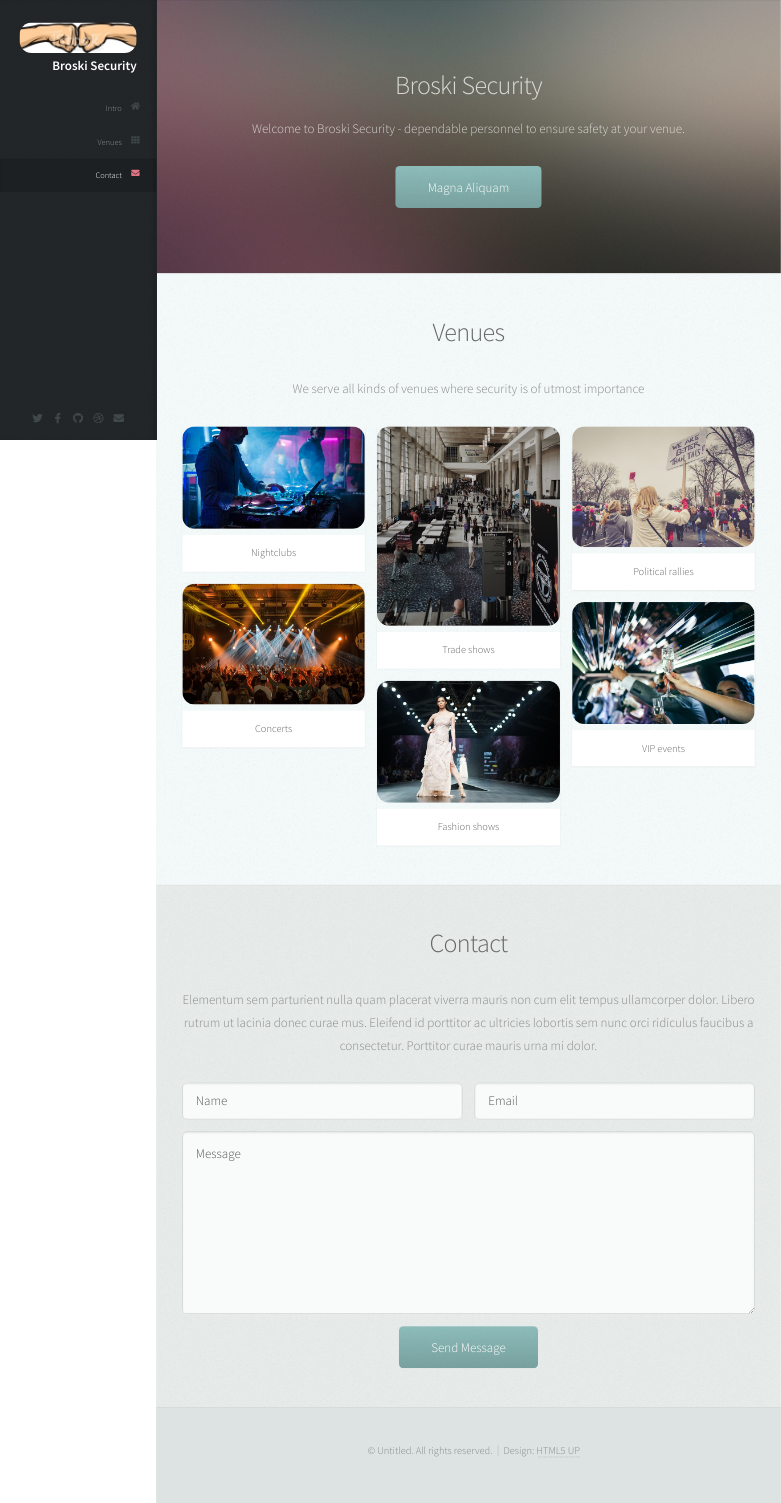
Repository: fiedore/fiedore.github.io
Page: index.html
These files come from the project's save history. The page is drawn as it stood at one moment and after a run of saves; the edit follows.
The browser window is 1280 px wide. The pictures show the whole page, at 61% of full size.

Above is the page before, as saved 2025-06-03 09:27:43.

After the next 2 saves:
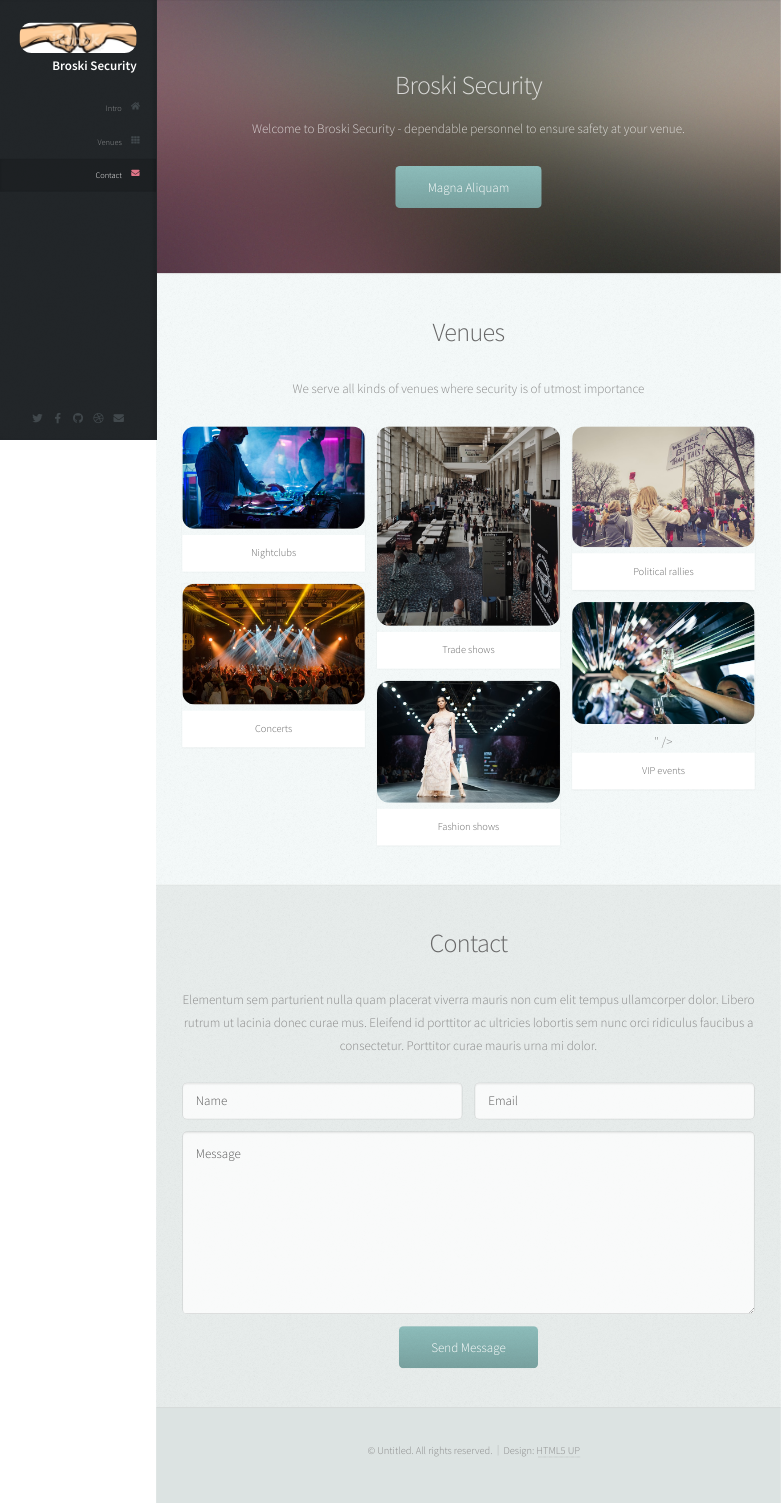
The 2 saves are shown as one change because they came seconds apart.
The last was saved 10 s later.
--- a/index.html
+++ b/index.html
@@ -118,7 +118,7 @@
 									</article>
 
 									<article class="item">
-										<p href="#" class="image fit"><img src="images/vip.jpg" alt="Photo by Michael Benz on Unsplash</a>
+										<p href="#" class="image fit"><img src="images/vip.jpg" alt="Photo by Michael Benz on Unsplash"></p>
       " /></a>
 										<header>
 											<h3>VIP events</h3>
